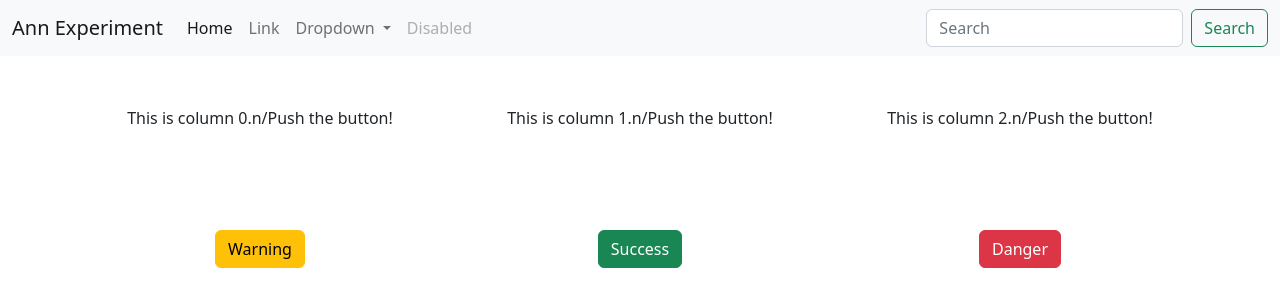
Repository: annferracane/phase-0-personal-website
Page: index.html
These files come from the project's save history. The page is drawn as it stood at one moment and after the next save; the edit follows.
The browser window is 1280 px wide. The pictures show the whole page.

Above is the page before, as saved 2022-11-13 16:52:01.

### index.html

<!DOCTYPE html>
<html lang="en">
    <head>
        <meta charset="utf-8">
        <meta name="viewport" content="width=device-width, initial-scale=1">
        <link href="https://cdn.jsdelivr.net/npm/bootstrap@5.2.2/dist/css/bootstrap.min.css" rel="stylesheet" integrity="sha384-Zenh87qX5JnK2Jl0vWa8Ck2rdkQ2Bzep5IDxbcnCeuOxjzrPF/et3URy9Bv1WTRi" crossorigin="anonymous">
        <link rel="stylesheet" href="./style.css" />
        <title>Ann Experiment</title>
    </head>
    <body>
        <nav class="navbar navbar-expand-lg bg-light">
            <div class="container-fluid">
              <a class="navbar-brand mb-0 h1" href="#">Ann Experiment</a>
              <button class="navbar-toggler" type="button" data-bs-toggle="collapse" data-bs-target="#navbarSupportedContent" aria-controls="navbarSupportedContent" aria-expanded="false" aria-label="Toggle navigation">
                <span class="navbar-toggler-icon"></span>
              </button>
              <div class="collapse navbar-collapse" id="navbarSupportedContent">
                <ul class="navbar-nav me-auto mb-2 mb-lg-0">
                  <li class="nav-item">
                    <a class="nav-link active" aria-current="page" href="#">Home</a>
                  </li>
                  <li class="nav-item">
                    <a class="nav-link" href="#">Link</a>
                  </li>
                  <li class="nav-item dropdown">
                    <a class="nav-link dropdown-toggle" href="#" role="button" data-bs-toggle="dropdown" aria-expanded="false">
                      Dropdown
                    </a>
                    <ul class="dropdown-menu">
                      <li><a class="dropdown-item" href="#">Action</a></li>
                      <li><a class="dropdown-item" href="#">Another action</a></li>
                      <li><hr class="dropdown-divider"></li>
                      <li><a class="dropdown-item" href="#">Something else here</a></li>
                    </ul>
                  </li>
                  <li class="nav-item">
                    <a class="nav-link disabled">Disabled</a>
                  </li>
                </ul>
                <form class="d-flex" role="search">
                  <input class="form-control me-2" type="search" placeholder="Search" aria-label="Search">
                  <button class="btn btn-outline-success" type="submit">Search</button>
                </form>
              </div>
            </div>
          </nav>
          <script src="script.js"></script>
        <!--<h1>Hello World!</h1>-->

    </body>
</html>

### style.css
div.col {
    padding-top: 50px;
}

div.colText {
    padding-bottom: 100px;
}

### script.js
const divContainer = document.createElement("div");
divContainer.id = "main-div-container";
divContainer.className = "container text-center";
document.querySelector("body").appendChild(divContainer);

const divRow = document.createElement("div");
divRow.id = "main-div-row";
divRow.className = "row";
document.querySelector("#main-div-container").appendChild(divRow);

for (i = 0; i < 3; i++){
    // create column div, add class and id
    const div = document.createElement("div");
    div.className = "col";
    div.id = `main-div-col-${i}`;

    // create div for text
    const divText = document.createElement("div");
    divText.textContent = `This is column ${i}.n/Push the button!`
    divText.className = "colText";
    divText.id = `main-div-col-text-${i}`;

    // create button, add button className depending on i value
    const button = document.createElement("button");

    let buttonClassName = "btn btn-success";

    if (i === 1) {
        buttonClassName = "btn btn-success";
        button.textContent = "Success";
    } else if (i === 2) {
        buttonClassName = "btn btn-danger";
        button.textContent = "Danger";
    } else {
        buttonClassName = "btn btn-warning";
        button.textContent = "Warning";
    }

    button.className = buttonClassName;


    // add div column to row
    document.querySelector("#main-div-row").appendChild(div);

    // append div text to div column
    document.querySelector(`#main-div-col-${i}`).appendChild(divText);

    // append button to div column
    document.querySelector(`#main-div-col-${i}`).appendChild(button);
}

After the next save:
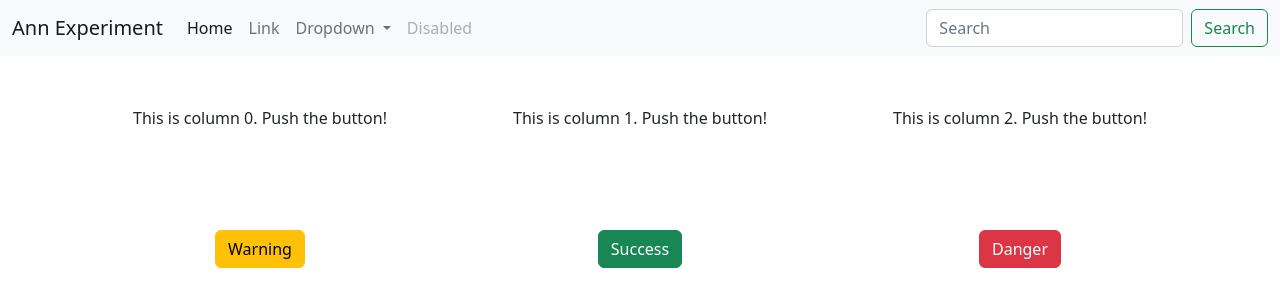
Saved 6 s later.
--- a/script.js
+++ b/script.js
@@ -16,7 +16,7 @@ for (i = 0; i < 3; i++){
 
     // create div for text
     const divText = document.createElement("div");
-    divText.textContent = `This is column ${i}.n/Push the button!`
+    divText.textContent = `This is column ${i}. Push the button!`
     divText.className = "colText";
     divText.id = `main-div-col-text-${i}`;
 
